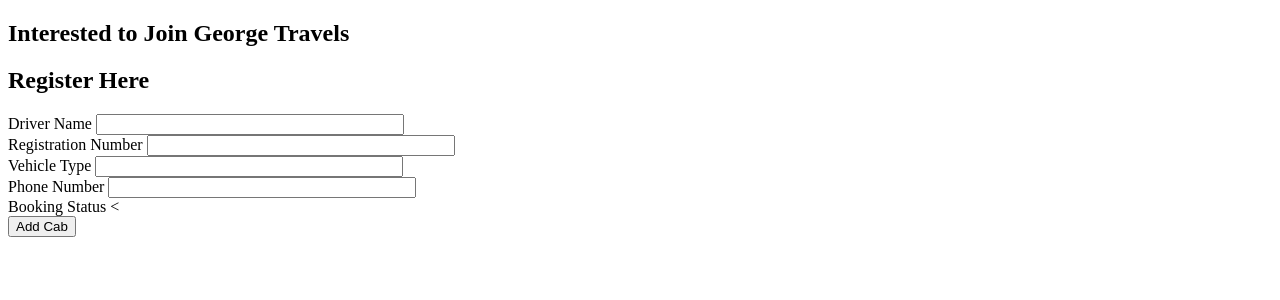
Repository: harshithkandula/Travel-Management-Software
Page: http://localhost/User_Interface_MS/WEB-INF/views/Addcab.jsp
The author's editor kept a copy of each file at every save. The page is drawn from the files as they stood at one save, then again after the next save.
The browser window is 1280 px wide. The pictures show the whole page.
The page is served by Tomcat 9. Nobody is signed in. Other server files are loaded and not shown. The template is opened directly, without the code that normally fills it, so the values that code supplies are empty.

Above is the page before, as saved 2024-04-30 11:26:37.

### User_Interface_MS/src/main/webapp/WEB-INF/views/Addcab.jsp
<%@ page language="java" contentType="text/html; charset=ISO-8859-1"
    pageEncoding="ISO-8859-1"%>
<!DOCTYPE html>
<html>
<head>
<meta charset="ISO-8859-1">
<title>Join Here</title>
</head>
<body>
     <h2>Interested to Join George Travels</h2>
     <h2>Register Here</h2>

     <form action="/book-cab/add-cab" method="post" modelAttribute="cab">
                     <div class="mb-3">
                         <label for="exampleInputDriverName" class="form-label">Driver Name</label>
                         <input type="text" class="form-control" name="driverName"   style="width:300px">

                     </div>
                     <div class="mb-3">
                         <label for="exampleInputRegistrationNumber" class="form-label">Registration Number</label>
                         <input type="text" class="form-control" name="rtNumber" style="width:300px">
                     </div>
                     <div class="mb-3">
                         <label class="form-label" for="exampleInputVehicleType">Vehicle Type</label>
                         <input type="text" class="form-control" name="vehicleType" style="width:300px">

                     </div>

                     <div class="mb-3">
                         <label class="form-label" for="exampleInputPhoneNumber">Phone Number</label>
                         <input type="text" class="form-control" name="PhoneNumber" style="width:300px">

                     </div>

                     <div class="mb-3">
                         <label class="form-label" for="exampleInputPrice">Booking Status</label>
                         <

                     </div>


                     <button type="submit" class="btn btn-primary">Add Cab</button>
                </form>
</body>
</html>

After the next save:
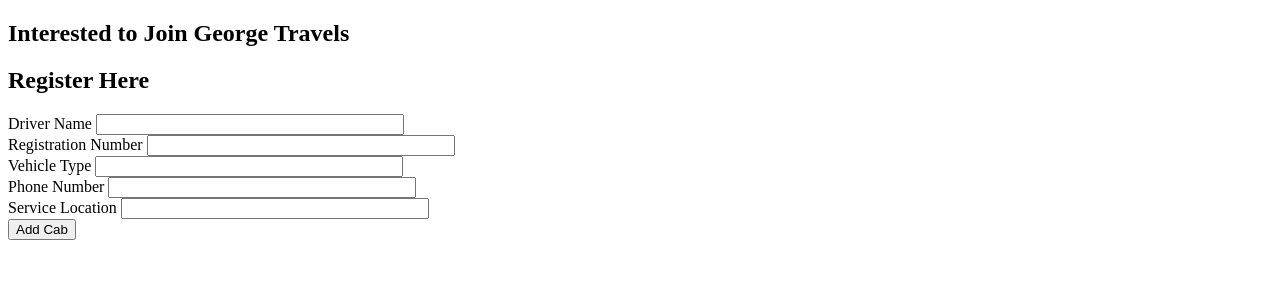
Saved 31 s later.
--- a/User_Interface_MS/src/main/webapp/WEB-INF/views/Addcab.jsp
+++ b/User_Interface_MS/src/main/webapp/WEB-INF/views/Addcab.jsp
@@ -33,8 +33,8 @@
                      </div>
 
                      <div class="mb-3">
-                         <label class="form-label" for="exampleInputPrice">Booking Status</label>
-                         <
+                         <label class="form-label" for="exampleInputServiceLocation">Service Location</label>
+                         <input type="text" class="form-control" name="PhoneNumber" style="width:300px">
 
                      </div>
 
